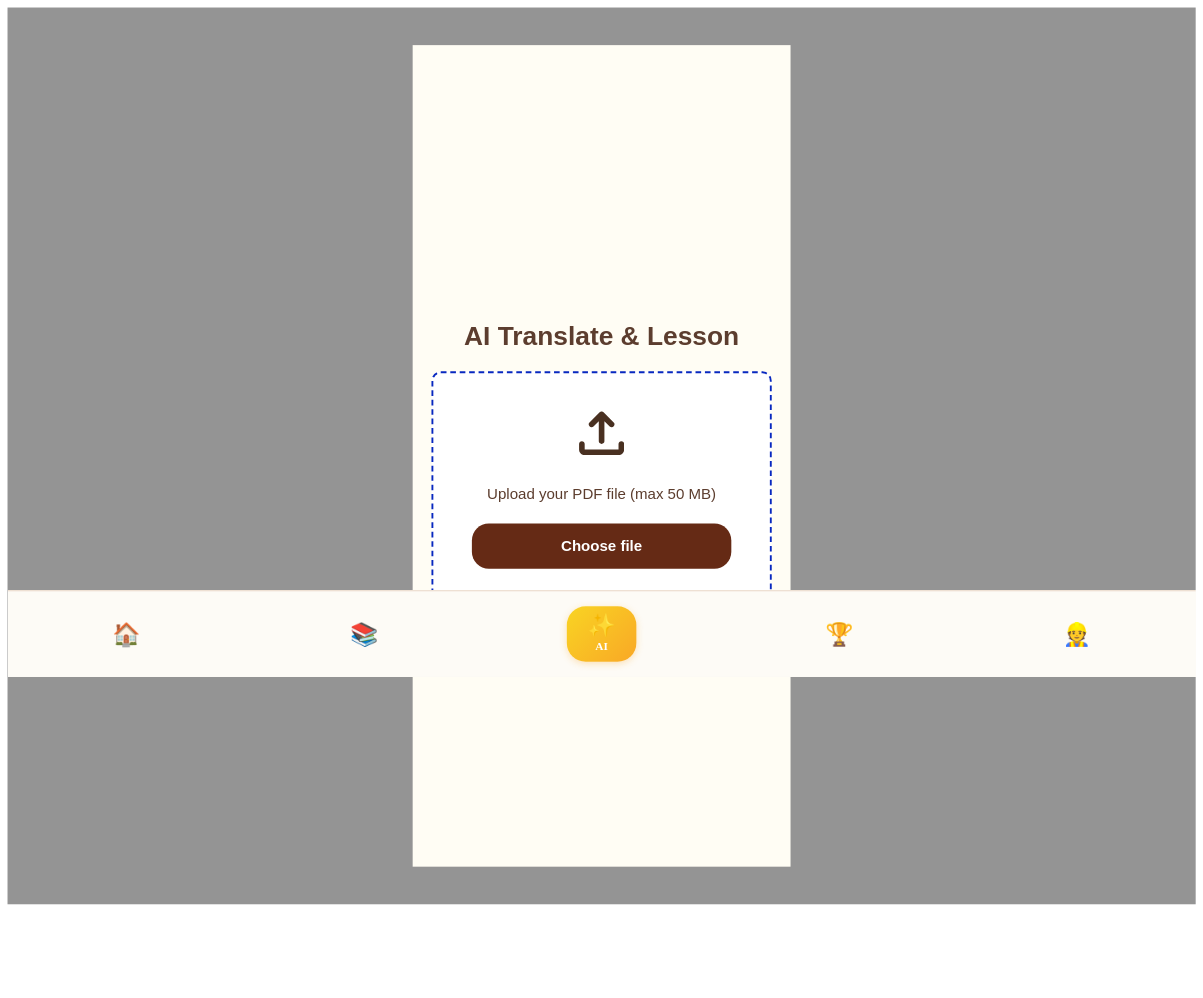
Repository: richelletiongson/Jargon_FrontendShowcase
Page: / (app in jargon_frontend/)
An editor plug-in stored every save of this project. The page is shown before and after the next save, followed by the edit.
The browser window is 1280 px wide. The pictures show the whole page, at 94% of full size.
The project was rebuilt for these pictures with package versions that can differ from the ones it lists, and the page was loaded fresh each time. Also part of the build but not shown: jargon_frontend/vite.config.js, jargon_frontend/src/index.css, jargon_frontend/src/home_pages/Home.jsx, jargon_frontend/src/course_pages/Course.jsx, jargon_frontend/src/charts_pages/Charts.jsx, jargon_frontend/src/profile_pages/Profile.jsx.

Above is the page before, as saved 2025-10-22 14:57:52.

### jargon_frontend/index.html
<!doctype html>
<html lang="en">
  <head>
    <meta charset="UTF-8" />
    <link rel="icon" type="image/svg+xml" href="/vite.svg" />
    <meta name="viewport" content="width=device-width, initial-scale=1.0" />
    <title>jargon_frontend</title>
  </head>
  <body>
    <div id="root"></div>
    <script type="module" src="/src/main.jsx"></script>
  </body>
</html>

### jargon_frontend/src/App.jsx
import './App.css'
import NavBar from "./components/NavBar";
import { BrowserRouter, Routes, Route } from "react-router-dom";
import Home from "./home_pages/Home";
import Course from "./course_pages/Course";
import AI from "./ai_pages/AI";
import Charts from "./charts_pages/Charts";
import Profile from "./profile_pages/Profile";

function App() {
  return (
    <BrowserRouter>
            <div className='page'>
                <main className='main-content'>
                    <Routes>
                        <Route
                            path='/'
                            element={<AI />}
                        />
                        <Route
                            path='/home'
                            element={<Home />}
                        />
                        <Route
                            path='/course'
                            element={<Course />}
                        />
                        <Route
                            path='/ai'
                            element={<AI />}
                        />
                        <Route
                            path='/charts'
                            element={<Charts />}
                        />
                        <Route
                            path='/profile'
                            element={<Profile />}
                        />

                    </Routes>
                </main>
                <NavBar />
            </div>
        </BrowserRouter>
  )
}

export default App

### jargon_frontend/src/App.css
#root {
  padding: 0;
  margin: 0;
}
main {
  background-color: #949494 ;
}

### jargon_frontend/src/components/NavBar.jsx
import React from 'react';
import { Link, useLocation } from 'react-router-dom';
import './NavBar.css';

const NavBar = () => {
  const location = useLocation();

  return (
    <div className="bottom-nav">
      <Link to="/home" className={`nav-item ${location.pathname === '/home' ? 'active' : ''}`}>
        <div className="nav-icon">🏠</div>
      </Link>
      <Link to="/course" className={`nav-item ${location.pathname === '/course' ? 'active' : ''}`}>
        <div className="nav-icon">📚</div>
      </Link>
      <Link to="/" className={`nav-item ${location.pathname === '/' ? 'active' : ''}`}>
        <div className="nav-icon">✨</div>
        <span className="nav-text">AI</span>
      </Link>
      <Link to="/charts" className={`nav-item ${location.pathname === '/charts' ? 'active' : ''}`}>
        <div className="nav-icon">🏆</div>
      </Link>
      <Link to="/profile" className={`nav-item ${location.pathname === '/profile' ? 'active' : ''}`}>
        <div className="nav-icon">👷</div>
      </Link>
    </div>
  );
};

export default NavBar;

### jargon_frontend/src/ai_pages/AI.jsx
import React, { useState } from 'react';
import './AI.css';
import UploadIcon from '../assets/Upload_Icon.svg';

const AI = () => {
  const [selectedFile, setSelectedFile] = useState(null);

  const handleFileChange = (event) => {
    const file = event.target.files[0];
    if (file) {
      setSelectedFile(file);
    }
  };

  return (
    <div className="ai-page">
      {/* Main Content */}
      <div className="main-content">
        <h1 className="page-title">AI Translate & Lesson</h1>
        <div className='rocky-container'>

        </div>
        <div className="file-upload-container">
          <div className="file-upload-area">
            <img src={UploadIcon} alt="Upload" className="upload-icon" />
            <p className="upload-text">Upload your PDF file (max 50 MB)</p>
            <input
              type="file"
              id="file-input"
              accept=".pdf"
              onChange={handleFileChange}
              style={{ display: 'none' }}
            />
            <label htmlFor="file-input" className="choose-file-btn">
              Choose file
            </label>
            {selectedFile && (
              <p className="selected-file">Selected: {selectedFile.name}</p>
            )}
          </div>
        </div>
      </div>

    </div>
  );
};

export default AI;

### jargon_frontend/src/components/NavBar.css
/* Bottom Navigation Styles */
.bottom-nav {
  display: flex;
  justify-content: space-around;
  align-items: center;
  background-color: #FDFBF6;
  padding: 16px 0;
  border-top: 1px solid #E8D5C4;
  position: sticky;
  bottom: 0;
  z-index: 100;
}

.nav-item {
  display: flex;
  flex-direction: column;
  align-items: center;
  gap: 4px;
  padding: 8px 12px;
  border-radius: 20px;
  transition: all 0.3s ease;
  cursor: pointer;
  min-width: 50px;
  text-decoration: none;
  color: inherit;
}

.nav-item:hover {
  background-color: #F5F0E8;
}

.nav-item.active {
  background: linear-gradient(135deg, #F9D423 0%, #F9A826 100%);
  color: white;
  box-shadow: 0 2px 8px rgba(249, 164, 38, 0.3);
}

.nav-icon {
  font-size: 24px;
  line-height: 1;
}

.nav-text {
  font-size: 12px;
  font-weight: 600;
  color: inherit;
}

.nav-item:not(.active) .nav-icon {
  color: #5C3D2E;
}

/* Responsive Design */
@media (max-width: 480px) {
  .nav-icon {
    font-size: 20px;
  }

  .nav-text {
    font-size: 10px;
  }
}

### jargon_frontend/src/home_pages/Home.css
/* Home Page Styles */
.home-page {
  min-height: 100vh;
  background-color: #FDFBF6;
  display: flex;
  flex-direction: column;
  font-family: -apple-system, BlinkMacSystemFont, 'Segoe UI', 'Roboto', sans-serif;
}

.status-bar {
  display: flex;
  justify-content: space-between;
  align-items: center;
  padding: 12px 20px;
  background-color: #FDFBF6;
  color: #5C3D2E;
  font-size: 16px;
  font-weight: 600;
}

.status-icons {
  display: flex;
  gap: 8px;
  font-size: 18px;
}

.main-content {
  flex: 1;
  padding: 40px 20px;
  display: flex;
  flex-direction: column;
  align-items: center;
  justify-content: center;
  text-align: center;
}

.page-title {
  font-size: 28px;
  font-weight: bold;
  color: #5C3D2E;
  margin-bottom: 20px;
}

.coming-soon {
  color: #5C3D2E;
  font-size: 18px;
  opacity: 0.7;
}

### jargon_frontend/src/course_pages/Course.css
/* Course Page Styles */
.course-page {
  min-height: 100vh;
  background-color: #FDFBF6;
  display: flex;
  flex-direction: column;
  font-family: -apple-system, BlinkMacSystemFont, 'Segoe UI', 'Roboto', sans-serif;
}

.status-bar {
  display: flex;
  justify-content: space-between;
  align-items: center;
  padding: 12px 20px;
  background-color: #FDFBF6;
  color: #5C3D2E;
  font-size: 16px;
  font-weight: 600;
}

.status-icons {
  display: flex;
  gap: 8px;
  font-size: 18px;
}

.main-content {
  flex: 1;
  padding: 40px 20px;
  display: flex;
  flex-direction: column;
  align-items: center;
  justify-content: center;
  text-align: center;
}

.page-title {
  font-size: 28px;
  font-weight: bold;
  color: #5C3D2E;
  margin-bottom: 20px;
}

.coming-soon {
  color: #5C3D2E;
  font-size: 18px;
  opacity: 0.7;
}

### jargon_frontend/src/ai_pages/AI.css
/* AI Page Styles */
.ai-page {
  min-height: 874px;
  width: 402px;
  background-color: #FFFDF4 ;
  display: flex;
  flex-direction: column;
  font-family: poppins, sans-serif;
}

/* Main Content */
.main-content {
  flex: 1;
  padding: 40px 20px;
  display: flex;
  flex-direction: column;
  align-items: center;
  justify-content: center;
  text-align: center;
}

.page-title {
  font-size: 28px;
  font-weight: bold;
  color: #5C3D2E;
  margin-bottom: 60px;
  line-height: 1.2;
}

.file-upload-container {
  width: 100%;
  max-width: 400px;
  margin: 0 auto;
}

.file-upload-area {
  background-color: white;
  border: 2px dashed #0828C0;
  border-radius: 10px;
  padding: 40px 20px;
  display: flex;
  flex-direction: column;
  align-items: center;
  gap: 20px;
}

.upload-icon {
  width: 48px;
  height: 48px;
  color: #6F2E17;
  margin-bottom: 10px;
}

.upload-text {
  color: #5C3D2E;
  font-size: 16px;
  margin: 0;
  line-height: 1.4;
}

.choose-file-btn {
  background-color: #652A15;
  color: white;
  border-radius: 18px;
  border: none;
  font-size: 16px;
  font-weight: 600;
  display: flex;
  justify-content: center;
  align-items: center;
  width: 276px;
  height: 48px;
}

.selected-file {
  color: #5C3D2E;
  font-size: 14px;
  margin: 10px 0 0 0;
  font-style: italic;
}

### jargon_frontend/src/charts_pages/Charts.css
/* Charts Page Styles */
.charts-page {
  min-height: 100vh;
  background-color: #FDFBF6;
  display: flex;
  flex-direction: column;
  font-family: -apple-system, BlinkMacSystemFont, 'Segoe UI', 'Roboto', sans-serif;
}

.status-bar {
  display: flex;
  justify-content: space-between;
  align-items: center;
  padding: 12px 20px;
  background-color: #FDFBF6;
  color: #5C3D2E;
  font-size: 16px;
  font-weight: 600;
}

.status-icons {
  display: flex;
  gap: 8px;
  font-size: 18px;
}

.main-content {
  flex: 1;
  padding: 40px 20px;
  display: flex;
  flex-direction: column;
  align-items: center;
  justify-content: center;
  text-align: center;
}

.page-title {
  font-size: 28px;
  font-weight: bold;
  color: #5C3D2E;
  margin-bottom: 20px;
}

.coming-soon {
  color: #5C3D2E;
  font-size: 18px;
  opacity: 0.7;
}

### jargon_frontend/src/profile_pages/Profile.css
/* Profile Page Styles */
.profile-page {
  min-height: 100vh;
  background-color: #FDFBF6;
  display: flex;
  flex-direction: column;
  font-family: -apple-system, BlinkMacSystemFont, 'Segoe UI', 'Roboto', sans-serif;
}

.status-bar {
  display: flex;
  justify-content: space-between;
  align-items: center;
  padding: 12px 20px;
  background-color: #FDFBF6;
  color: #5C3D2E;
  font-size: 16px;
  font-weight: 600;
}

.status-icons {
  display: flex;
  gap: 8px;
  font-size: 18px;
}

.main-content {
  flex: 1;
  padding: 40px 20px;
  display: flex;
  flex-direction: column;
  align-items: center;
  justify-content: center;
  text-align: center;
}

.page-title {
  font-size: 28px;
  font-weight: bold;
  color: #5C3D2E;
  margin-bottom: 20px;
}

.coming-soon {
  color: #5C3D2E;
  font-size: 18px;
  opacity: 0.7;
}

Loaded but not shown: jargon_frontend/src/main.jsx (common file)

After the next save:
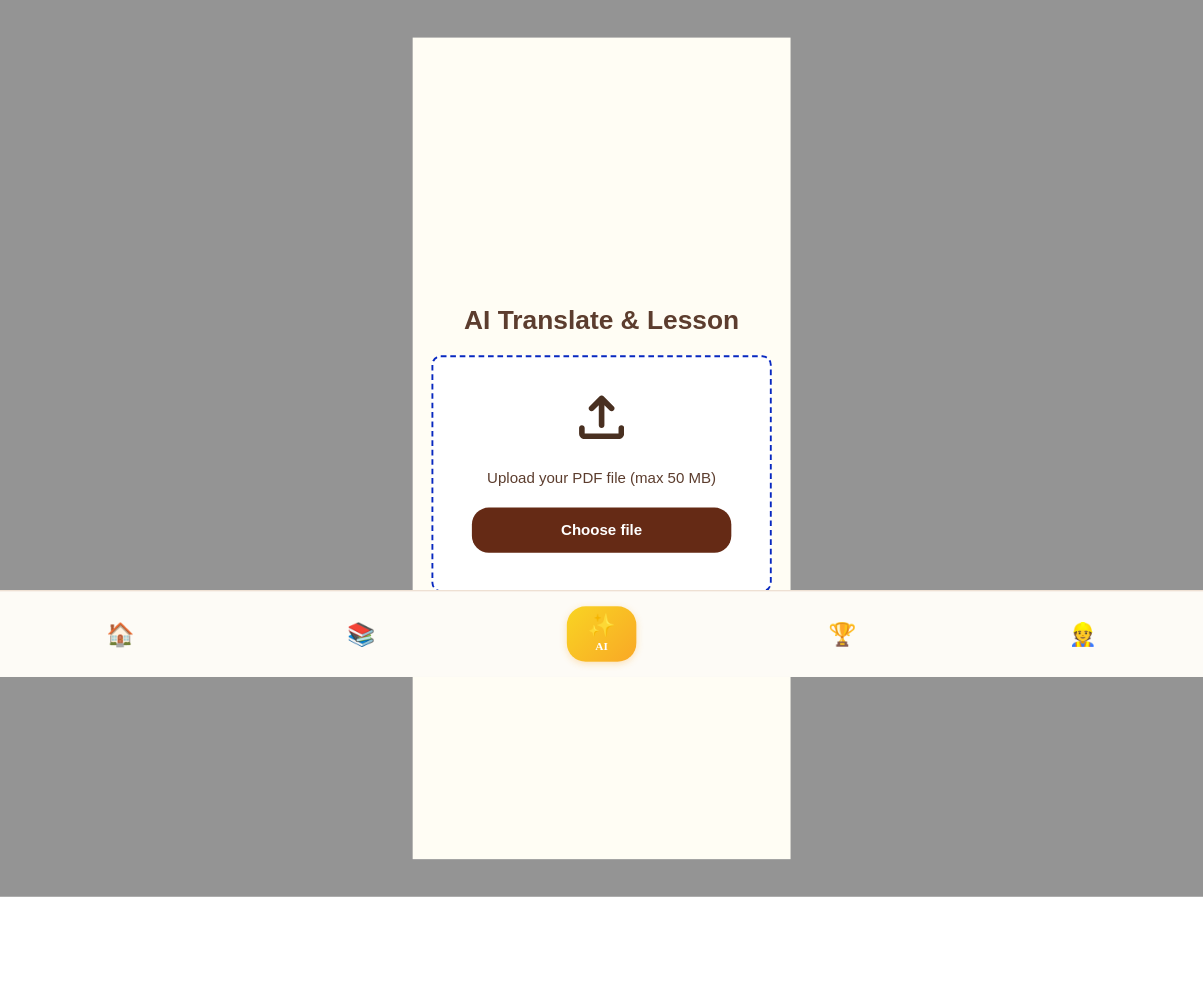
Saved 5 s later.
--- a/jargon_frontend/src/App.css
+++ b/jargon_frontend/src/App.css
@@ -1,4 +1,4 @@
-#root {
+* {
   padding: 0;
   margin: 0;
 }
